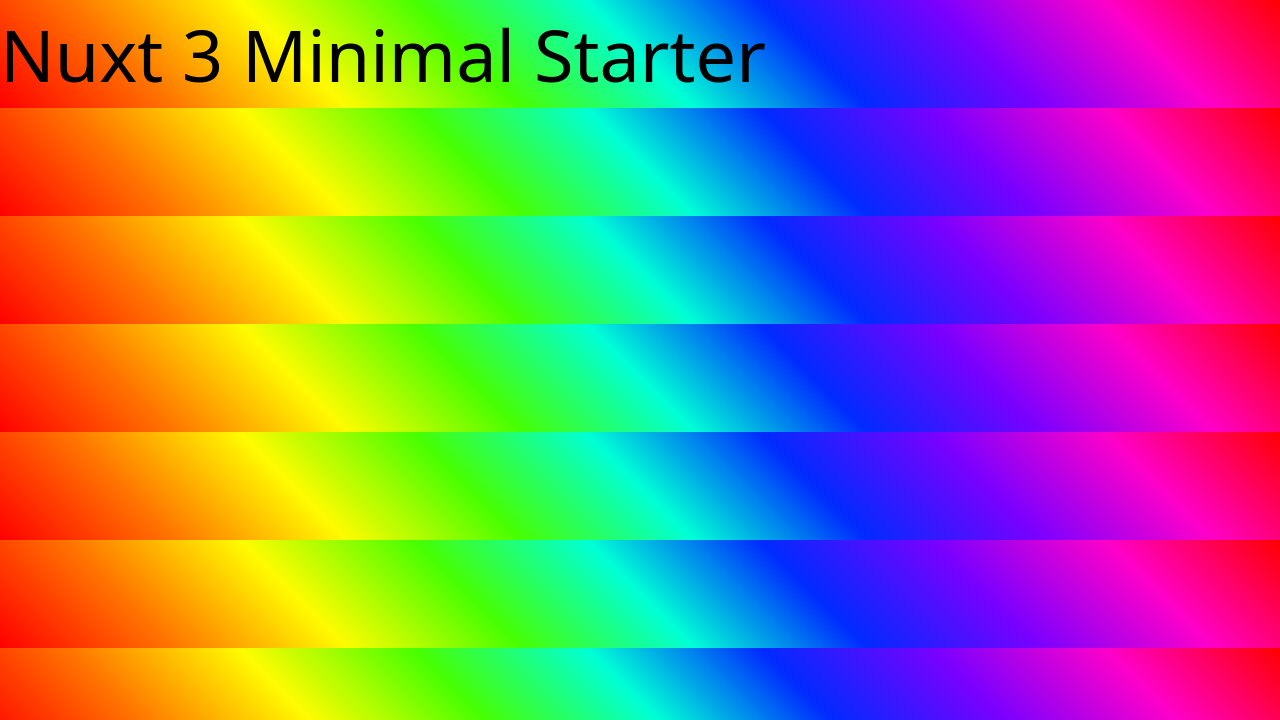
Repository: Freezler/nuxt
Page: /
An editor plug-in stored every save of this project. The page is shown before and after a run of saves, followed by the edit.
The browser window is 1280 px wide. The pictures show the whole page.
The project was rebuilt for these pictures with package versions that can differ from the ones it lists, and the page was loaded fresh each time. The framework's server and built-in components were replaced by stand-ins that run in the browser. Also part of the build but not shown: nuxt.config.ts.

Above is the page before, as saved 2024-08-02 21:01:59.

After the next 2 saves:
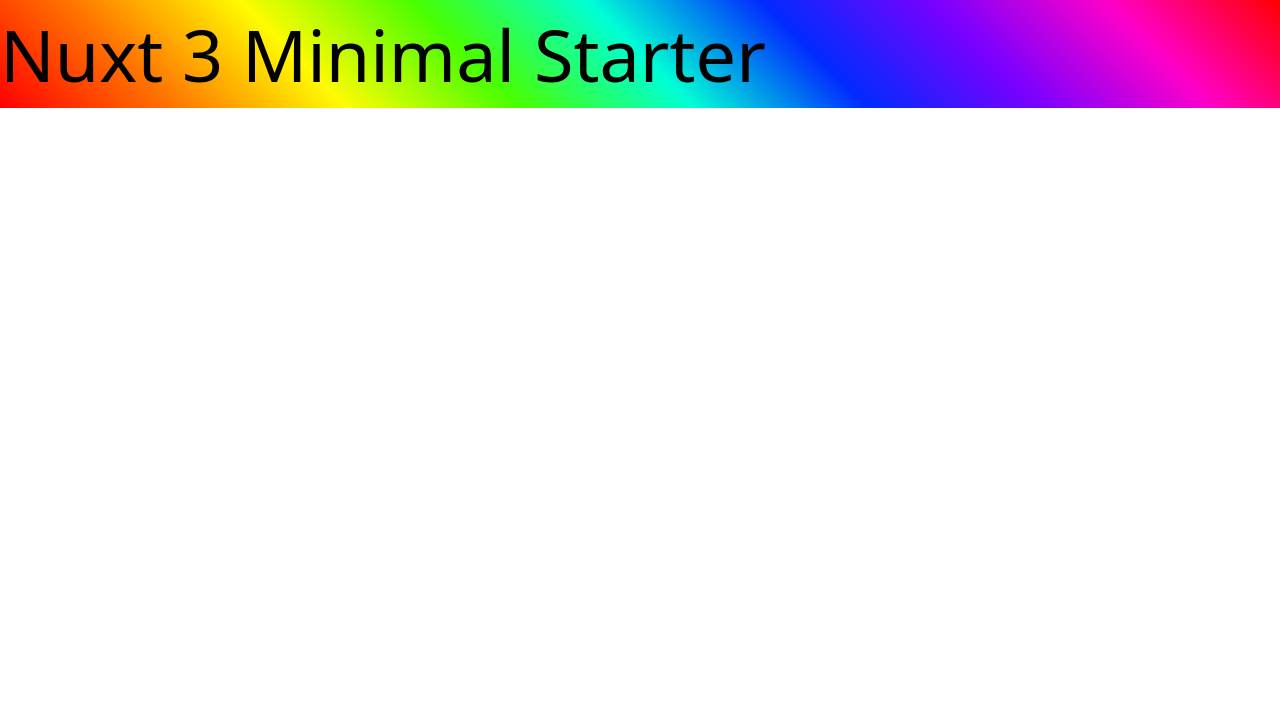
The 2 saves are shown as one change because they came seconds apart.
The last was saved 8 s later.
--- a/assets/css/main.css
+++ b/assets/css/main.css
@@ -7,5 +7,5 @@
 	linear-gradient(45deg, #ff0000, #ff7300, #fffb00, #48ff00, #00ffd5, #002bff, #7a00ff, #ff00c8, #ff0000);
 
 	animation: gradient 5s ease infinite;
-	background: cover;
+	background-repeat: no-repeat;
 }
